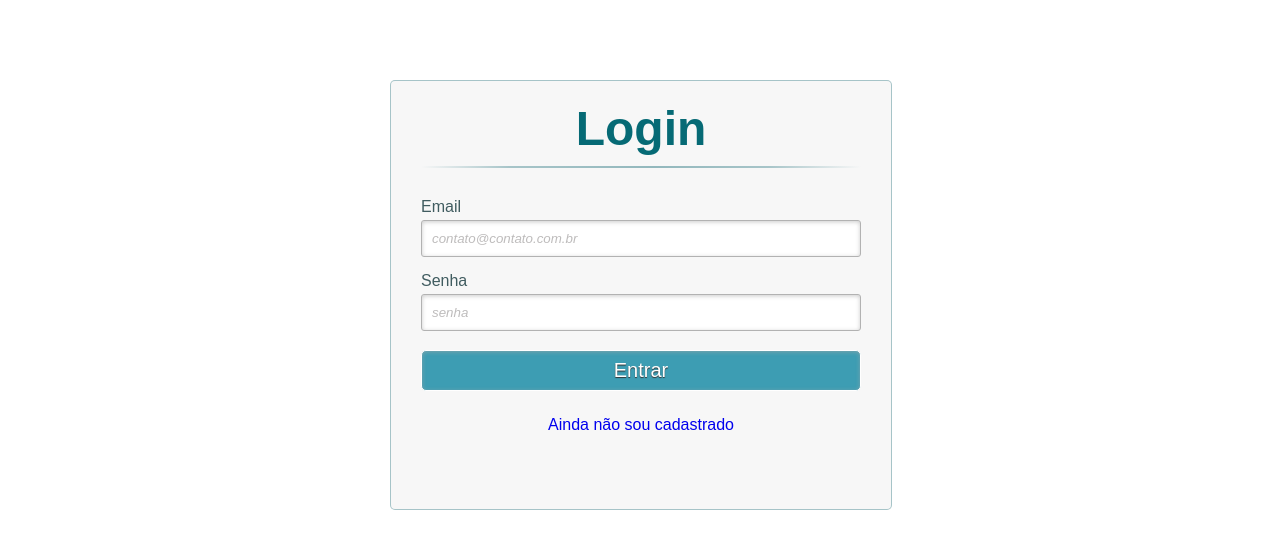
Repository: DavidCostaMariano/gsjava
Page: http://localhost/GsJava/
The author's editor kept a copy of each file at every save. The page is drawn from the files as they stood at one save, then again after the next save.
The browser window is 1280 px wide. The page is 1280 px wide, then 1281 px, so the pictures cover 1281 px, including what lies to the right of the window. The pictures show the whole page.
The page is served by Tomcat 9. Other server files are loaded and not shown.

Above is the page before, as saved 2023-11-15 15:37:19.

### GsJava/src/main/webapp/index.jsp
<%@ page language="java" contentType="text/html; charset=UTF-8"
	pageEncoding="UTF-8"%>
<!DOCTYPE html>
<html>
<head>
<meta charset="ISO-8859-1">
<title>HapVida - Suporte</title>
<meta name="viewport" content="width=device-width, initial-scale=1.0">
<link rel="stylesheet" type="text/css" href="css/estilo.css" />
</head>
<body>
	<div class="container">
		<div class="content">
			<!--FORMULÁRIO DE LOGIN-->
			<div id="cadastro">
				<form action="">
					<h1>Login</h1>

					<p>
						<label for="email">Email</label> <input id="email" name="email"
							required="required" type="text"
							placeholder="contato@contato.com.br" />
					</p>

					<p>
						<label for="senha">Senha</label> <input id="senha" name="senha"
							required="required" type="password" placeholder="senha" />
					</p>
					<p>
						<input type="submit" value="Entrar" />
					</p>

					<p align="center">
						<a href="form/formCadastro.jsp">Ainda não sou cadastrado</a>
					</p>

				</form>
			</div>
		</div>
	</div>
</body>
</html>

### GsJava/src/main/webapp/css/estilo.css
@charset "ISO-8859-1";

body{
	height: 100vh;
}
*, *:before, *:after {
  margin:0;
  padding:0;
  font-family: Arial,sans-serif;
}

/* remove a linha dos links */
a{
  text-decoration: none;
}

/* esconde as ancoras da tela */
a.links{
  display: none;
}
.container{
	height: 100%;
    display: flex;
    justify-content: center;
    align-items: center;
	}
.content{
  width: 500px;
  min-height: 560px;
  margin: 0px auto;
  position: relative;
}

h1{
  font-size: 48px;
  color: #066a75;
  padding: 2px 0 10px 0;
  font-family: Arial,sans-serif;
  font-weight: bold;
  text-align: center;
  padding-bottom: 30px;
}

h1:after{
  content: ' ';
  display: block;
  width: 100%;
  height: 2px;
  margin-top: 10px;
  background: -webkit-linear-gradient(left, rgba(147,184,189,0) 0%,rgba(147,184,189,0.8) 20%,rgba(147,184,189,1) 53%,rgba(147,184,189,0.8) 79%,rgba(147,184,189,0) 100%);
  background: linear-gradient(left, rgba(147,184,189,0) 0%,rgba(147,184,189,0.8) 20%,rgba(147,184,189,1) 53%,rgba(147,184,189,0.8) 79%,rgba(147,184,189,0) 100%);
}

p{
  margin-bottom:15px;
}

.content p:first-child{
  margin: 0px;
}

label{
  color: #405c60;
  position: relative;
}

/* placeholder */
::-webkit-input-placeholder  {
  color: #bebcbc;
  font-style: italic;
}

input:-moz-placeholder,
textarea:-moz-placeholder{
  color: #bebcbc;
  font-style: italic;
}

input {
  outline: none;
}

/*estilo dos input,  menos o checkbox */
input:not([type="checkbox"]){
  width: 95%;
  margin-top: 4px;
  padding: 10px;
  border: 1px solid #b2b2b2;

  -webkit-border-radius: 3px;
  border-radius: 3px;

  -webkit-box-shadow: 0px 1px 4px 0px rgba(168, 168, 168, 0.6) inset;
  box-shadow: 0px 1px 4px 0px rgba(168, 168, 168, 0.6) inset;

  -webkit-transition: all 0.2s linear;
  transition: all 0.2s linear;
}

/*estilo do botão submit */
input[type="submit"]{
  width: 100%!important;
  cursor: pointer;
  background: rgb(61, 157, 179);
  padding: 8px 5px;
  color: #fff;
  font-size: 20px;
  border: 1px solid #fff;
  margin-bottom: 10px;
  text-shadow: 0 1px 1px #333;

  -webkit-border-radius: 5px;
  border-radius: 5px;

  transition: all 0.2s linear;
}

/*estilo do botão submit no hover */
input[type="submit"]:hover{
  background: #4ab3c6;
}

.link{
  position: absolute;
  background: #e1eaeb;
  color: #7f7c7c;
  left: 0px;
  height: 20px;
  width: 440px;
  padding: 17px 30px 20px 30px;
  font-size: 16px;
  text-align: right;
  border-top: 1px solid #dbe5e8;

  -webkit-border-radius: 0 0  5px 5px;
  border-radius: 0 0  5px 5px;
}

.link a {
  font-weight: bold;
  background: #f7f8f1;
  padding: 6px;
  color: rgb(29, 162, 193);
  margin-left: 10px;
  border: 1px solid #cbd518;

  -webkit-border-radius: 4px;
  border-radius: 4px;

  -webkit-transition: all 0.4s linear;
  transition: all 0.4s  linear;
}

.link a:hover {
  color: #39bfd7;
  background: #f7f7f7;
  border: 1px solid #4ab3c6;
}

#cadastro,
#login{
  position: absolute;
  top: 0px;
  width: 88%;
  padding: 18px 6% 60px 6%;
  margin: 0 0 35px 0;
  background: #f7f7f7;
  border: 1px solid rgba(147, 184, 189,0.8);

  -webkit-box-shadow: 5px;
  border-radius: 5px;

  -webkit-animation-duration: 0.5s;
  -webkit-animation-timing-function: ease;
  -webkit-animation-fill-mode: both;

  animation-duration: 0.5s;
  animation-timing-function: ease;
  animation-fill-mode: both;
}

/* Efeito ao clicar no botão ( Ir para Login ) */
#paracadastro:target ~ .content #cadastro,
#paralogin:target ~ .content #login{
  z-index: 2;
  -webkit-animation-name: fadeInLeft;
  animation-name: fadeInLeft;

  -webkit-animation-delay: .1s;
  animation-delay: .1s;
}

/* Efeito ao clicar no botão ( Cadastre-se ) */
#registro:target ~ .content #login,
#paralogin:target ~ .content #cadastro{
  -webkit-animation-name: fadeOutLeft;
  animation-name: fadeOutLeft;
}

/*fadeInLeft*/
@-webkit-keyframes fadeInLeft {
  0% {
    opacity: 0;
    -webkit-transform: translateX(-20px);
  }
  100% {
    opacity: 1;
    -webkit-transform: translateX(0);
  }
}

@keyframes fadeInLeft {
  0% {
    opacity: 0;
    transform: translateX(-20px);
  }
  100% {
    opacity: 1;
    transform: translateX(0);
  }
}

/*fadeOutLeft*/
@-webkit-keyframes fadeOutLeft {
  0% {
    opacity: 1;
    -webkit-transform: translateX(0);
  }
  100% {
    opacity: 0;
    -webkit-transform: translateX(-20px);
  }
}

@keyframes fadeOutLeft {
  0% {
    opacity: 1;
    transform: translateX(0);
  }
  100% {
    opacity: 0;
    transform: translateX(-20px);
  }
}

After the next save:
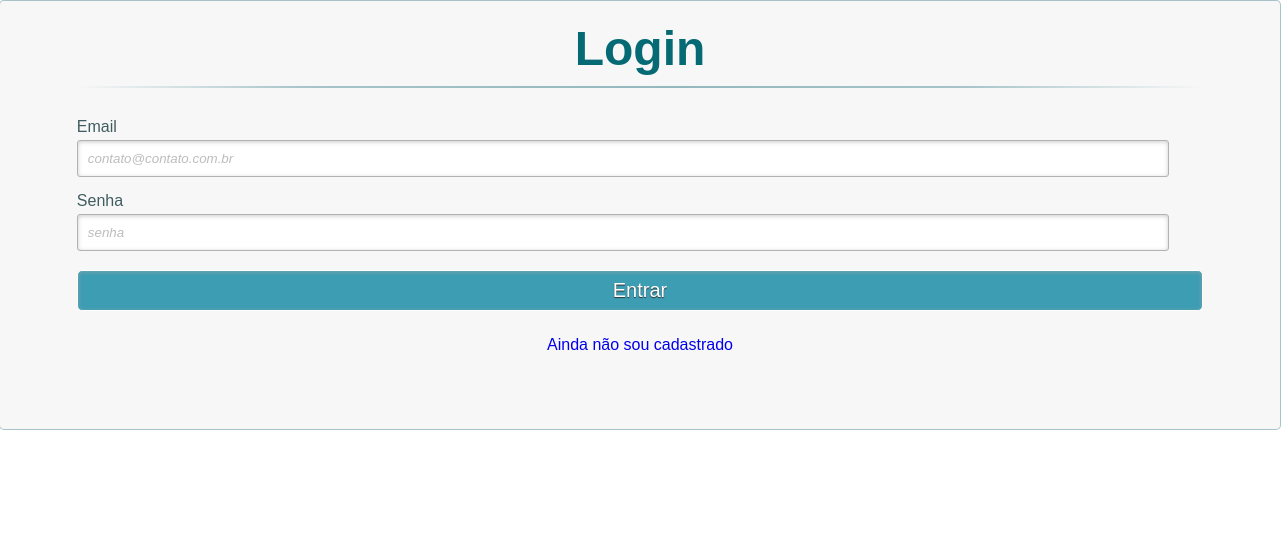
Saved 109 s later.
--- a/GsJava/src/main/webapp/index.jsp
+++ b/GsJava/src/main/webapp/index.jsp
@@ -10,7 +10,6 @@
 </head>
 <body>
 	<div class="container">
-		<div class="content">
 			<!--FORMULÁRIO DE LOGIN-->
 			<div id="cadastro">
 				<form action="">
@@ -35,7 +34,6 @@
 					</p>
 
 				</form>
-			</div>
 		</div>
 	</div>
 </body>
